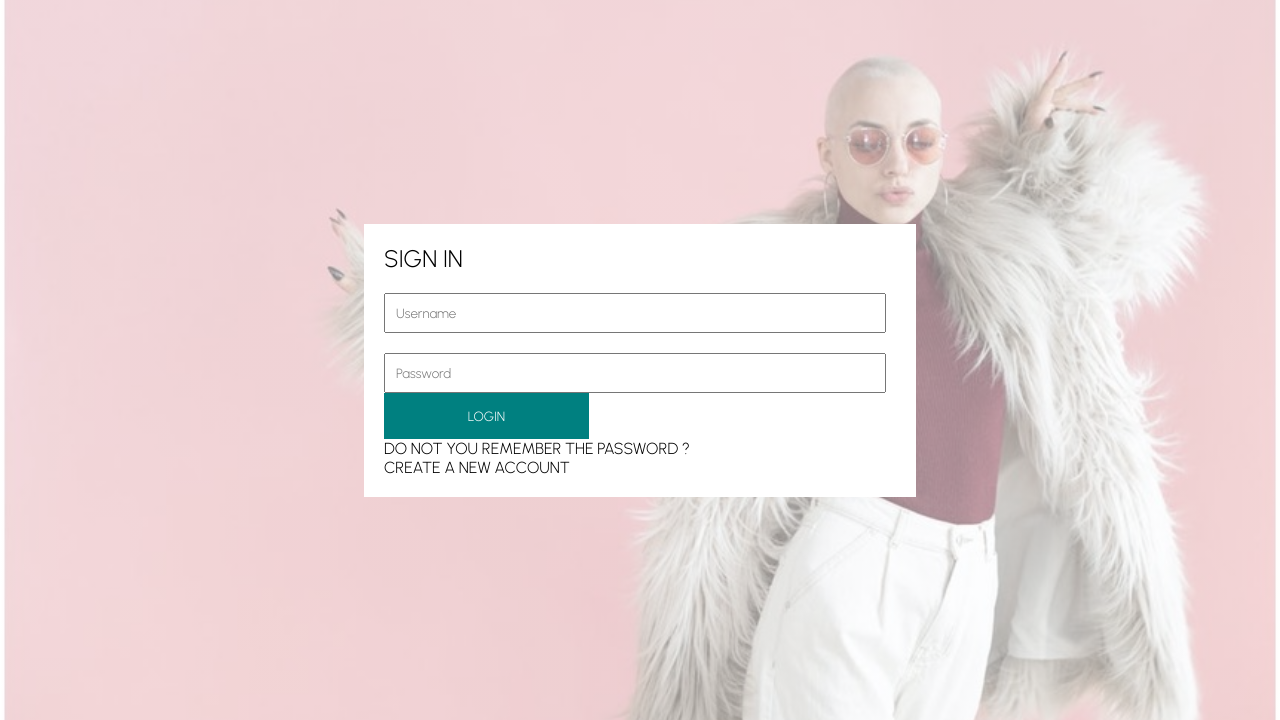
Repository: kmvaghela/ECOMMERCE
Page: /
The author's editor kept a copy of each file at every save. The page is drawn from the files as they stood at one save, then again after the next save.
The browser window is 1280 px wide. The pictures show the whole page.
The project was rebuilt for these pictures with package versions that can differ from the ones it lists, and the page was loaded fresh each time. Also part of the build but not shown: src/components/Announcement.jsx, src/data.js, src/components/CategoryItem.jsx, src/components/Categories.jsx, src/components/Navbar.jsx, src/components/Product.jsx, src/components/Products.jsx, src/components/Slider.jsx and 6 more.

Above is the page before, as saved 2022-02-24 19:20:46.

### public/index.html
<!DOCTYPE html>
<html lang="en">

<head>
  <meta charset="utf-8" />
  <meta name="viewport" content="width=device-width, initial-scale=1" />
  <meta name="description" content="Web site created using create-react-app" />
  <link href="https://fonts.googleapis.com/css2?family=Urbanist:wght@100;200;300&display=swap" rel="stylesheet">
  <style>
    * {
      margin: 0;
      font-family: 'Urbanist', sans-serif;
    }
  </style>
  <title>React App</title>
</head>

<body>
  <noscript>You need to enable JavaScript to run this app.</noscript>
  <div id="root"></div>
</body>

</html>

### src/App.jsx
import Home from "./pages/Home";
import Product from "./pages/Product";
import ProductList from "./pages/ProductList";
import Register from "./pages/Register";
import Login from "./pages/Login";

const App = () => {
  return (
    // <Home />
    // <ProductList />
    // <Product />
    // <Register />
    <Login />
  );
};

export default App;

### src/pages/Login.jsx
import React from "react";
import styled from "styled-components";
import RegisterBg from "../assets/register-bg.jpg";

const Container = styled.div`
  height: 100vh;
  width: 100vw;
  background: linear-gradient(
      rgba(255, 255, 255, 0.5),
      rgba(255, 255, 255, 0.5)
    ),
    url(${RegisterBg}) center;
  background-repeat: no-repeat;
  background-size: cover;
  display: flex;
  align-items: center;
  justify-content: center;
`;

const Wrapper = styled.div`
  width: 40%;
  padding: 20px;
  background-color: white;
`;

const Title = styled.div`
  font-size: 24px;
  font-weight: 300;
`;

const Form = styled.form`
  display: flex;
  flex-direction: column;
`;

const Input = styled.input`
  flex: 1;
  min-width: 40%;
  margin: 20px 10px 0px 0px;
  padding: 10px;
`;

const Button = styled.button`
  width: 40%;
  border: none;
  padding: 15px 20px;
  background-color: teal;
  color: white;
  cursor: pointer;
`;

const Link = styled.a``;

const Login = () => {
  return (
    <Container>
      <Wrapper>
        <Title>SIGN IN</Title>
        <Form>
          <Input placeholder="Username" />
          <Input placeholder="Password" />
          <Button>LOGIN</Button>
          <Link>DO NOT YOU REMEMBER THE PASSWORD ?</Link>
          <Link>CREATE A NEW ACCOUNT</Link>
        </Form>
      </Wrapper>
    </Container>
  );
};

export default Login;

Loaded but not shown: src/index.js (common file)

After the next save:
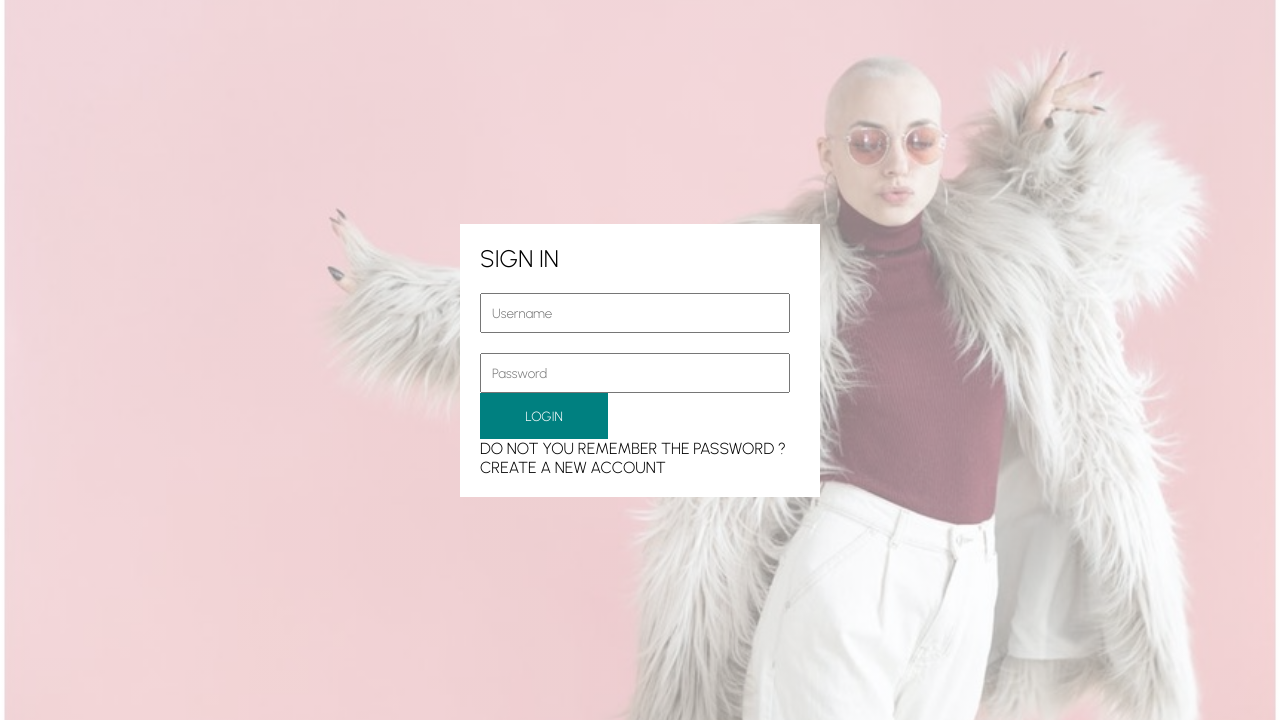
Saved 39 s later.
--- a/src/pages/Login.jsx
+++ b/src/pages/Login.jsx
@@ -18,7 +18,7 @@
 `;
 
 const Wrapper = styled.div`
-  width: 40%;
+  width: 25%;
   padding: 20px;
   background-color: white;
 `;
